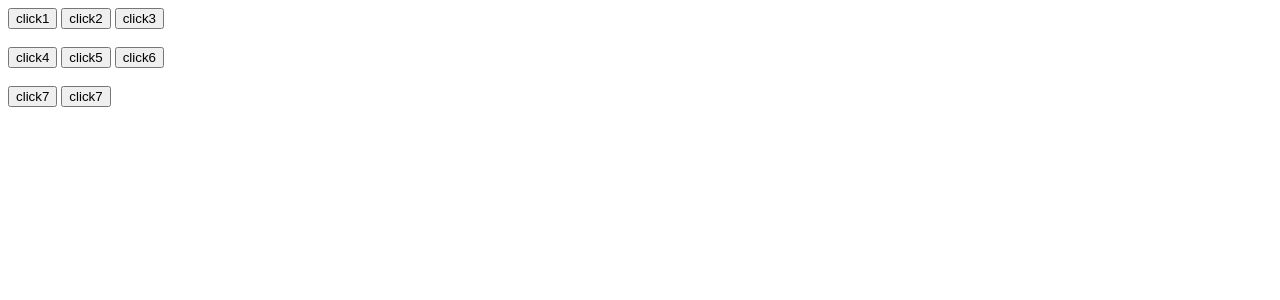
Repository: yhj4130/JsonStudy
Page: JsonApp01/WebContent/JsonTest10.html
An editor plug-in stored every save of this project. The page is shown before and after the next save, followed by the edit.
The browser window is 1280 px wide. The pictures show the whole page.

Above is the page before, as saved 2019-05-31 06:48:17.

After the next save:
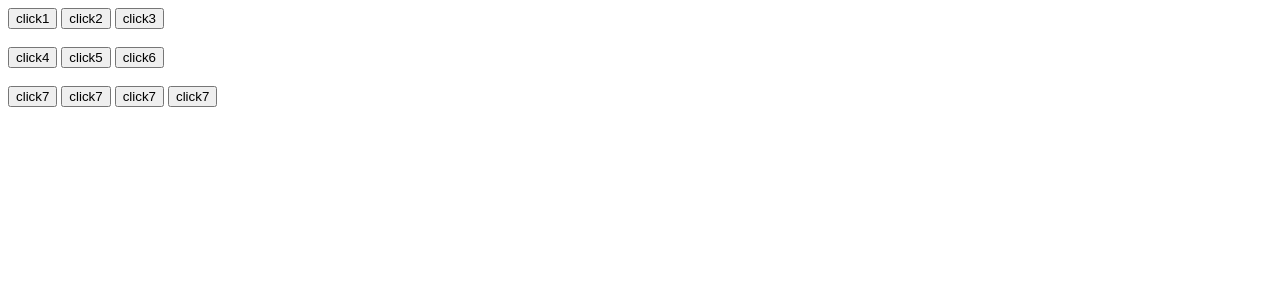
Saved 20 s later.
--- a/JsonApp01/WebContent/JsonTest10.html
+++ b/JsonApp01/WebContent/JsonTest10.html
@@ -41,6 +41,9 @@
 	<input type="button" value="click7" onclick="alert(typeof obj6[0])">
 	<!-- string -->
 
-
+	<input type="button" value="click7" onclick="alert(obj6[1])">
+	<!-- test -->
+	<input type="button" value="click7" onclick="alert(typeof obj6[0])">
+	<!-- string -->
 
 </form>
